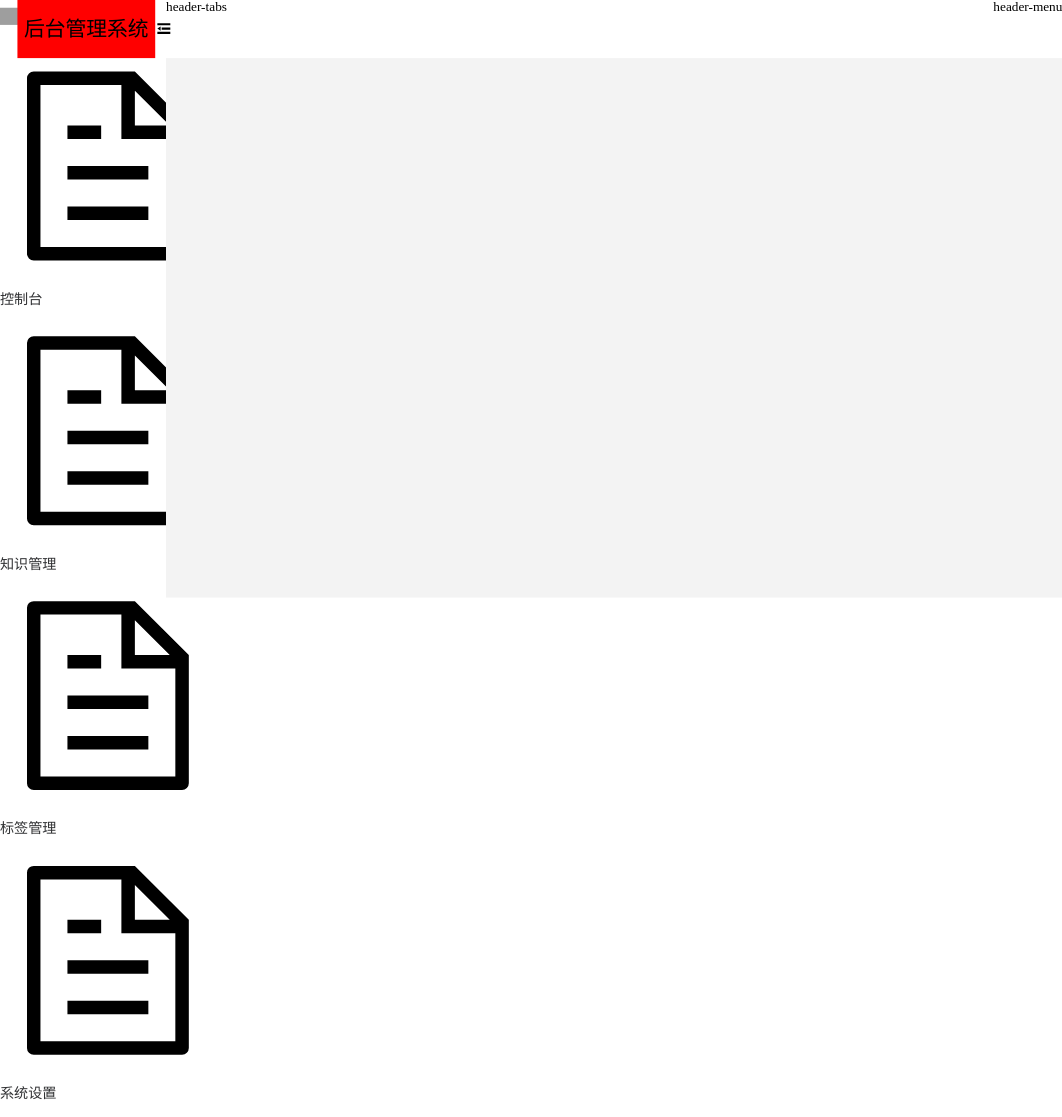
Repository: serrrN/vue-vite-template
Page: /
These files come from the project's save history. The page is drawn as it stood at one moment and after the next save; the edit follows.
The browser window is 1280 px wide. The pictures show the whole page, at 83% of full size.
Pictures or frames that could not be fetched are drawn as grey boxes. The project was rebuilt for these pictures with package versions that can differ from the ones it lists, and the page was loaded fresh each time. Also part of the build but not shown: vite.config.ts, src/styles/index.scss.

Above is the page before, as saved 2024-06-02 16:12:07.

After the next save:
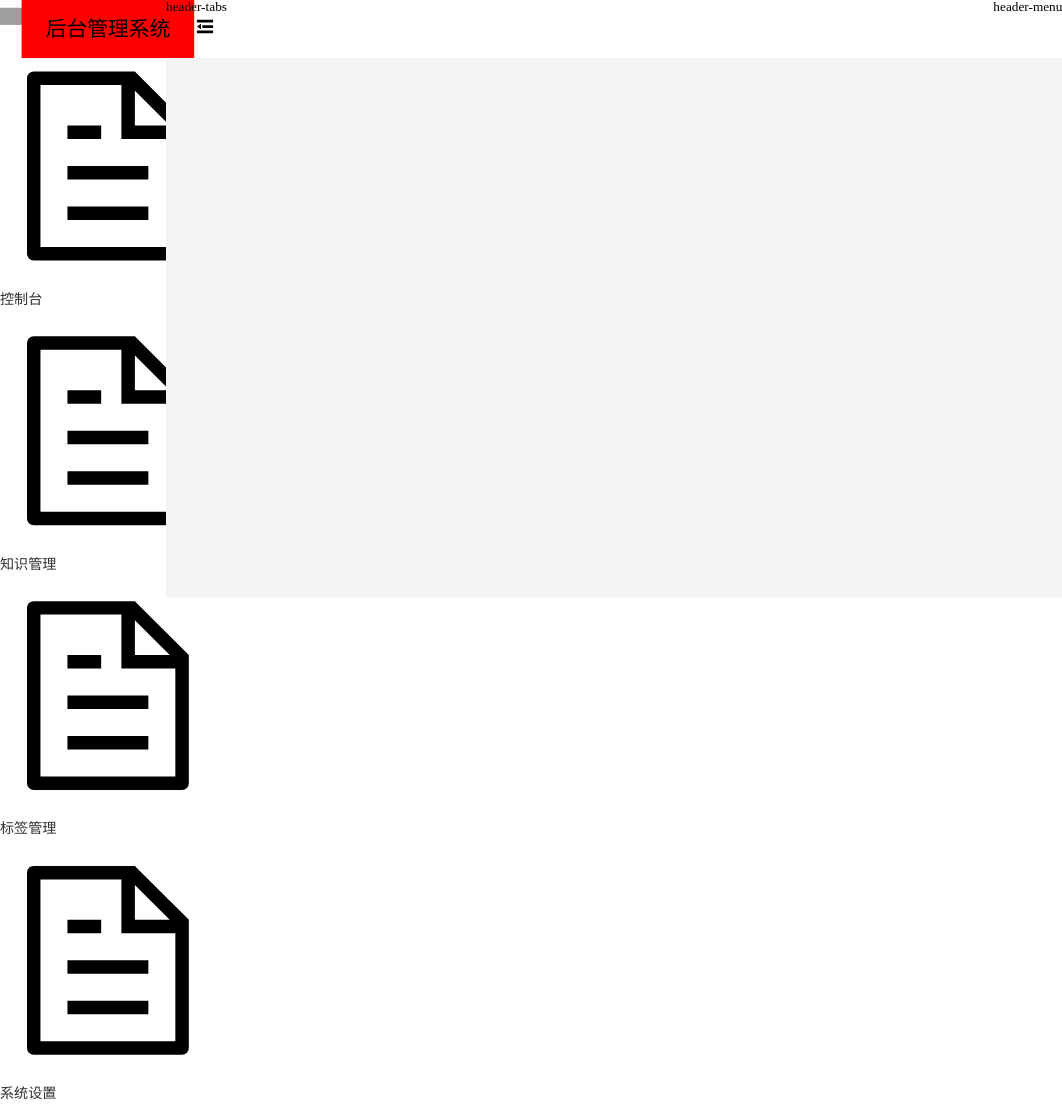
Saved 22 s later.
--- a/src/layout/menu/index.vue
+++ b/src/layout/menu/index.vue
@@ -55,7 +55,6 @@ const handleClose = (key: string, keyPath: string[]) => {
   .header {
     display: flex;
     height: 70px;
-    width: 80%;
     line-height: 70px;
     justify-content: space-between;
     .logo-wrapped{
